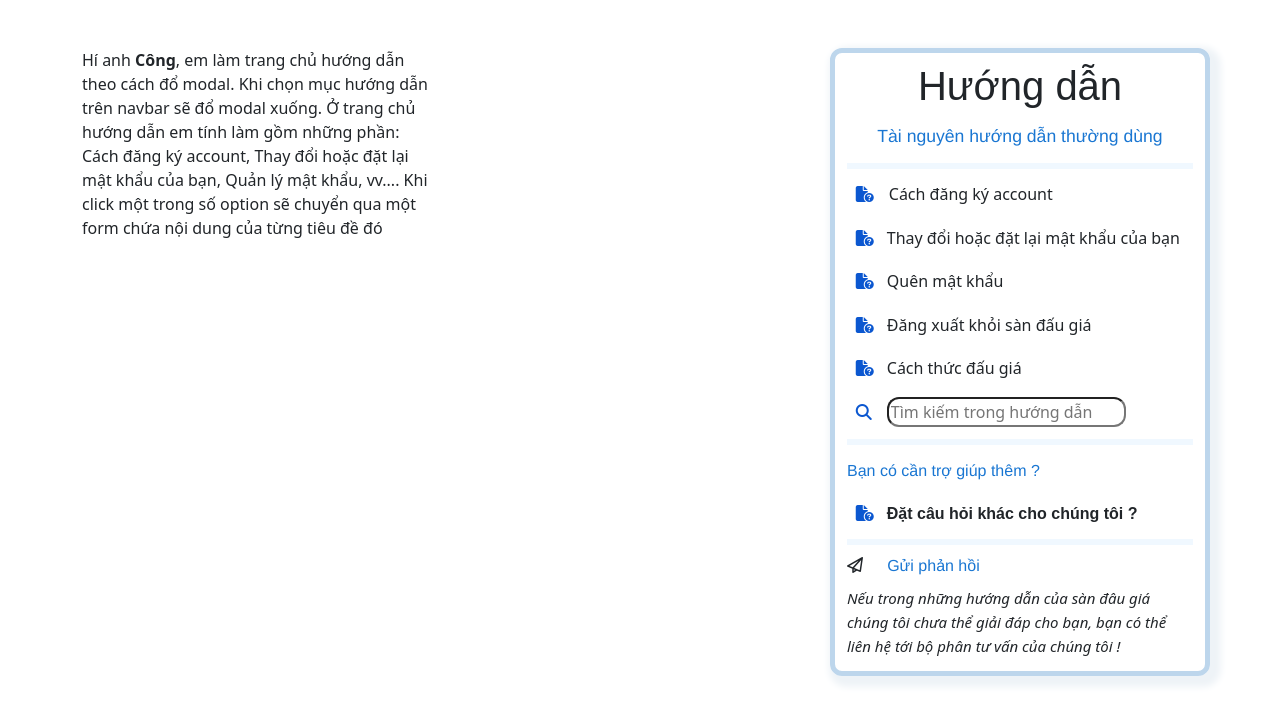
Repository: SonPhamThe/C0622G1-module5
Page: prototype--module6/guide/guide.html
These files come from the project's save history. The page is drawn as it stood at one moment and after the next save; the edit follows.
The browser window is 1280 px wide. The pictures show the whole page.
Some web libraries are served in a nearby version.

Above is the page before, as saved 2022-12-07 15:40:29.

### prototype--module6/guide/guide.html
<!DOCTYPE html>
<html lang="en">
  <head>
    <meta charset="UTF-8" />
    <meta
      name="viewport"
      content="width=device-width, user-scalable=no, initial-scale=1.0, maximum-scale=1.0, minimum-scale=1.0"
    />
    <meta http-equiv="X-UA-Compatible" content="ie=edge" />
    <title>Trang chủ hướng dẫn</title>
    <link rel="stylesheet" href="guide.css" />
    <link rel="icon" type="image/x-icon" href="favicon.ico" />

    <link
      rel="stylesheet"
      href="https://cdnjs.cloudflare.com/ajax/libs/font-awesome/6.2.1/css/all.min.css"
    />

    <link
      href="https://cdn.jsdelivr.net/npm/bootstrap@5.1.3/dist/css/bootstrap.min.css"
      rel="stylesheet"
      integrity="sha384-1BmE4kWBq78iYhFldvKuhfTAU6auU8tT94WrHftjDbrCEXSU1oBoqyl2QvZ6jIW3"
      crossorigin="anonymous"
    />
    <script
      src="https://cdn.jsdelivr.net/npm/bootstrap@5.1.3/dist/js/bootstrap.bundle.min.js"
      integrity="sha384-ka7Sk0Gln4gmtz2MlQnikT1wXgYsOg+OMhuP+IlRH9sENBO0LRn5q+8nbTov4+1p"
      crossorigin="anonymous"
    ></script>
    <link
      rel="stylesheet"
      href="https://cdnjs.cloudflare.com/ajax/libs/font-awesome/5.15.4/css/all.min.css"
    />
  </head>
  <body>
    <div class="container mb-5 mt-5">
      <div class="row">
        <div class="col-lg-4">
          Hí anh <strong>Công</strong>, em làm trang chủ hướng dẫn theo cách đổ modal. Khi chọn
          mục hướng dẫn trên navbar sẽ đổ modal xuống. Ở trang chủ hướng dẫn em
          tính làm gồm những phần: Cách đăng ký account, Thay đổi hoặc đặt lại
          mật khẩu của bạn, Quản lý mật khẩu, vv.... Khi click một trong số
          option sẽ chuyển qua một form chứa nội dung của từng tiêu đề đó
        </div>
        <div class="col-lg-4"></div>
        <div class="boxed col-lg-4 shadow-md" style="height: 100% !important">
          <form>
            <div class="mt-1 text-center">
              <h1 style="font-family: sans-serif">Hướng dẫn</h1>
              <h6
                class="mb-2"
                style="
                  color: #1976d2;
                  font-family: Helvetica, serif;
                  font-size: 1.1rem;
                  font-weight: 500;
                  margin-left: 0px;
                  padding: 0.5rem;
                "
              >
                Tài nguyên hướng dẫn thường dùng
              </h6>
            </div>
            <div
              class="mb-2"
              style="height: 6px; background-color: aliceblue; width: 100%"
            ></div>
            <div class="mb-2">
              <i
                class="fa-solid fa-file-circle-question"
                style="width: 20px"
              ></i>
              <label>Cách đăng ký account</label>
            </div>
            <div class="mb-2">
              <i class="fa-solid fa-file-circle-question"></i>
              <label>Thay đổi hoặc đặt lại mật khẩu của bạn</label>
            </div>
            <div class="mb-2">
              <i class="fa-solid fa-file-circle-question"></i>
              <label>Quên mật khẩu</label>
            </div>
            <div class="mb-2">
              <i class="fa-solid fa-file-circle-question"></i>
              <label>Đăng xuất khỏi sàn đấu giá</label>
            </div>

            <div class="mb-2">
              <i class="fa-solid fa-file-circle-question"></i>
              <label>Cách thức đấu giá</label>
            </div>

            <div class="mb-2">
              <i class="fa-solid fa-magnifying-glass"></i>
              <input
                type="search"
                class="search"
                placeholder="Tìm kiếm trong hướng dẫn"
              />
            </div>
            <div
              class="mb-2"
              style="height: 6px; background-color: aliceblue; width: 100%"
            ></div>

            <div class="mb-2">
              <h6
                class="mt-3 mb-3"
                style="color: #1976d2; font-family: Helvetica"
              >
                Bạn có cần trợ giúp thêm ?
              </h6>
              <div class="mb-2">
                <i class="fa-solid fa-file-circle-question"></i>
                <label style="font-family: sans-serif"
                  ><strong>Đặt câu hỏi khác cho chúng tôi ?</strong></label
                >
              </div>
              <div
                class="mb-2"
                style="height: 6px; background-color: aliceblue; width: 100%"
              ></div>
              <div class="mb-2">
                <i class="fa-regular fa-paper-plane"></i>
                <label
                  style="
                    color: #1976d2;
                    font-family: Helvetica;
                    margin-left: 20px;
                  "
                >
                  Gửi phản hồi
                </label>
              </div>
            </div>
          </form>
          <div class="mb-2">
            <span style="font-size: 15px" class="fst-italic"
              >Nếu trong những hướng dẫn của sàn đâu giá chúng tôi chưa thể giải
              đáp cho bạn, bạn có thể liên hệ tới bộ phân tư vấn của chúng tôi
              !</span
            >
          </div>
        </div>

        <div class="col-lg-3"></div>
      </div>
    </div>
  </body>
  <script src="//ajax.googleapis.com/ajax/libs/jquery/1.9.1/jquery.min.js"></script>
  <script
    src="https://cdn.jsdelivr.net/npm/popper.js@1.12.9/dist/umd/popper.min.js"
    integrity="sha384-ApNbgh9B+Y1QKtv3Rn7W3mgPxhU9K/ScQsAP7hUibX39j7fakFPskvXusvfa0b4Q"
    crossorigin="anonymous"
  ></script>
</html>

### prototype--module6/guide/guide.css
.boxed {
  width: 400px;
  height: 550px;
}

.boxed {
  border: 5px solid;
  border-image-slice: 1;
  border-color: rgb(189, 214, 236);
  padding: 5px;
  border-radius: 12px;
  background-color: transparent;
  box-shadow: 5px 5px 7px 6px  rgb(238, 243, 247);
}

.search {
  border-radius: 12px;
}

.fa-solid {
  color: #0b57d0;
  height: 1.125rem;
  margin: 0.55rem;
  visibility: initial;
  width: 1.125rem;
}

After the next save:
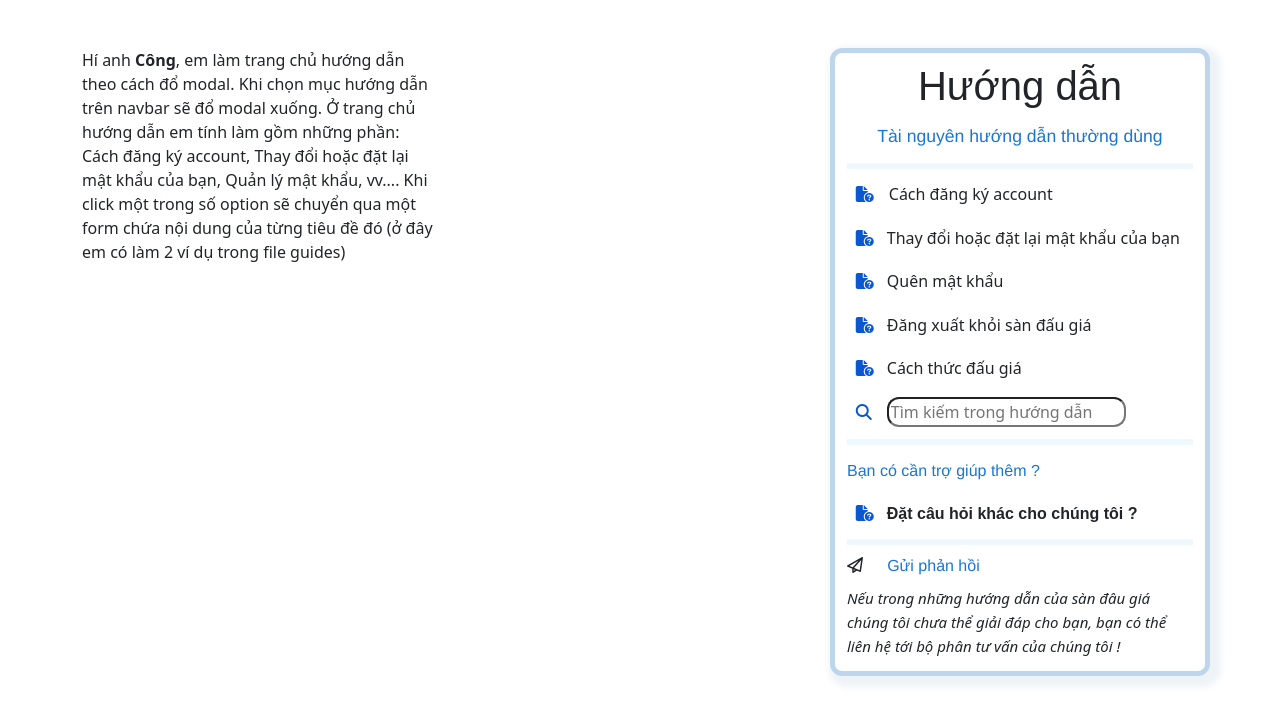
Saved 24 s later.
--- a/prototype--module6/guide/guide.html
+++ b/prototype--module6/guide/guide.html
@@ -40,7 +40,7 @@
           mục hướng dẫn trên navbar sẽ đổ modal xuống. Ở trang chủ hướng dẫn em
           tính làm gồm những phần: Cách đăng ký account, Thay đổi hoặc đặt lại
           mật khẩu của bạn, Quản lý mật khẩu, vv.... Khi click một trong số
-          option sẽ chuyển qua một form chứa nội dung của từng tiêu đề đó
+          option sẽ chuyển qua một form chứa nội dung của từng tiêu đề đó (ở đây em có làm 2 ví dụ trong file guides)
         </div>
         <div class="col-lg-4"></div>
         <div class="boxed col-lg-4 shadow-md" style="height: 100% !important">
